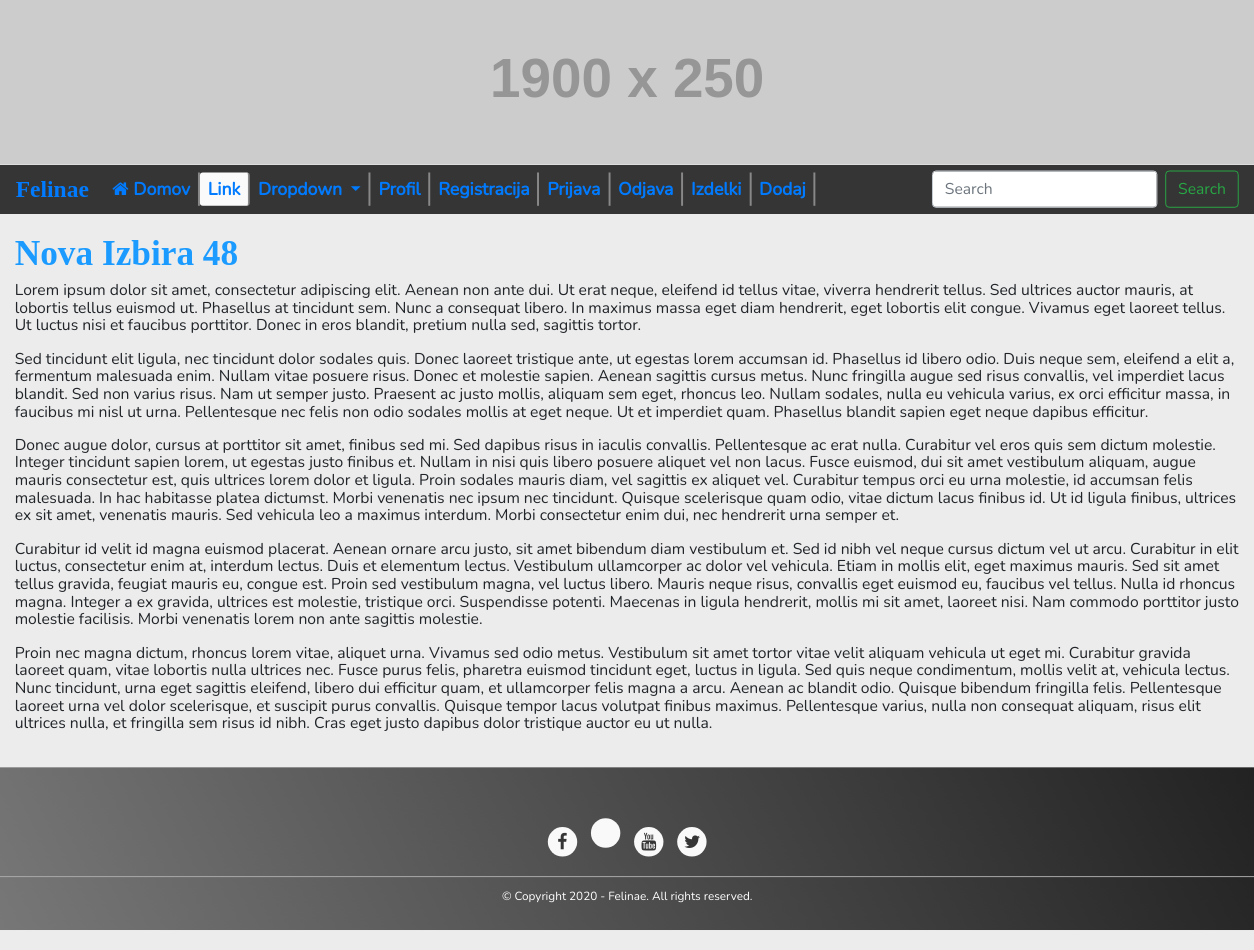
Repository: UrbyK/Felinae
Page: http://localhost/index.php?page=home
The author's editor kept a copy of each file at every save. The page is drawn from the files as they stood at one save, then again after the next save.
The browser window is 1280 px wide. The pictures show the whole page, at 98% of full size.
Some web fonts or font styles are not loaded; a fallback is used. The page is run by PHP 8.4 with error messages shown; the project is at /var/www/html/.

Above is the page before, as saved 2020-08-29 19:21:42.

### index.php
<?php
    session_start();

    include './functions.php';

    $pdo = pdo_connect_mysql();

    $_GET   = filter_input_array(INPUT_GET, FILTER_SANITIZE_STRING);
    $_POST  = filter_input_array(INPUT_POST, FILTER_SANITIZE_STRING);

    $page = isset($_GET['page']) && file_exists($_GET['page']. '.php') ? $_GET['page'] : 'home';
    include $page . '.php';

    template_footer();

?>

### functions.php
<?php
    include './includes/dbh.inc.php';

    include_once('./includes/search-functions.php');
    include_once('./includes/picture-upload.inc.php');

    function template_header($title){
        include_once('./header.php');
    }

    function template_footer(){
        include_once('./footer.php');
    }


    function countries(){
        $pdo = pdo_connect_mysql();
        $stmt = $pdo->prepare("SELECT * FROM country");
        $stmt->execute();
        $result = $stmt->fetchAll(PDO::FETCH_ASSOC);
        return $result;
    }

    function slugify($string){
        return strtolower(trim(preg_replace('/[^A-Za-z0-9-]+/', '-', $string), '-'));
    }

    function get_image($product_id){
        $pdo = pdo_connect_mysql();
        $stmt = $pdo->prepare("SELECT * FROM product_image WHERE product_id = ?");
        $stmt->execute([$product_id]);
        $result = $stmt->fetchAll(PDO::FETCH_ASSOC);
        return $result;
    }

    function retail_price($product_id){
        $pdo = pdo_connect_mysql();
        $stmt = $pdo->prepare("SELECT * FROM product WHERE ID = ?");
        $stmt->execute([$product_id]);
        $product = $stmt->fetch();

        if($product['startsAt'] <= date('Y-m-d H:i:s') && date('Y-m-d H:i:s') <= $product['endsAt']){
            $retail_price = round($product['price']-($product['price']*($product['discount']/100)), 2);
        }
        else{
            $retail_price = $product['price'];
        }

        return $retail_price;

    }

?>

### includes/dbh.inc.php
<?php
    function pdo_connect_mysql(){
        /* credentials */
        $dbHost = 'localhost';
        $dbUser = 'root';
        $dbPass = '';
        $dbName = 'felinae';

        try{
            return new PDO('mysql:host=' . $dbHost . ';dbname=' . $dbName . ';charset=utf8', $dbUser, $dbPass);
        } catch (PDOException $exception) {
            // If there is an error with the connection, stop the script and display the error.
            die ('Failed to connect to database!'. $exception->getMessage());
        }
    }
?>

### includes/search-functions.php
<?php
    function get_city($pdo, $city, $postalCode, $country_id){

        $query = "SELECT * FROM city WHERE country_id = ? AND lower(city) LIKE lower(?) AND postalCode = ?";
        $stmt = $pdo->prepare($query);
        $stmt->execute([$country_id, $city, $postalCode]);
        return $stmt;
    }
?>

### includes/picture-upload.inc.php
<?php

    function image_upload($product_id, $url, $caption, $i){

        $pdo = pdo_connect_mysql();
        $target_dir = "./uploads/";
        $relative_dir = "./uploads/";

        $change_name = date("Y-m-d-h-i-s")."-".$product_id."-".basename($url);
        $change_name;
        $target_file = $target_dir . $change_name;
        $relative_file = $relative_dir . $change_name;

        $uploadOk = 1;
        $imageFileType = strtolower(pathinfo($target_file,PATHINFO_EXTENSION));

        if(isset($_POST["submit"])) {
            $check = getimagesize($_FILES["image"]["tmp_name"][$i]);
            if($check !== false) {
                //echo "File is an image - " . $check["mime"] . ".";
                $uploadOk = 1;
            } else {
                //echo "File is not an image.";
                $uploadOk = 0;
            }
        }

        if($imageFileType != "jpg" && $imageFileType != "png" && $imageFileType != "jpeg"
        && $imageFileType != "gif" ) {
            $uploadOk = 0;
        }

        if ($uploadOk == 1) {
            if (move_uploaded_file($_FILES["image"]["tmp_name"][$i], $target_file)) {
                //vse je ok, zapišem še v bazo
                $query = "INSERT INTO product_image(product_id, image, caption) VALUES (?,?,?)";
                $stmt = $pdo->prepare($query);
                $stmt->execute([$product_id, $relative_file, $caption]);
            }
        }
    }

?>

### home.php
<?=template_header('Home')?>
<div class="row">
    <h1>Nova Izbira 48</h1>
    <p>
    Lorem ipsum dolor sit amet, consectetur adipiscing elit. Aenean non ante dui. Ut erat neque, eleifend id tellus vitae, viverra hendrerit tellus. Sed ultrices auctor mauris, at lobortis tellus euismod ut. Phasellus at tincidunt sem. Nunc a consequat libero. In maximus massa eget diam hendrerit, eget lobortis elit congue. Vivamus eget laoreet tellus. Ut luctus nisi et faucibus porttitor. Donec in eros blandit, pretium nulla sed, sagittis tortor.
    </p>
    <p>
    Sed tincidunt elit ligula, nec tincidunt dolor sodales quis. Donec laoreet tristique ante, ut egestas lorem accumsan id. Phasellus id libero odio. Duis neque sem, eleifend a elit a, fermentum malesuada enim. Nullam vitae posuere risus. Donec et molestie sapien. Aenean sagittis cursus metus. Nunc fringilla augue sed risus convallis, vel imperdiet lacus blandit. Sed non varius risus. Nam ut semper justo. Praesent ac justo mollis, aliquam sem eget, rhoncus leo. Nullam sodales, nulla eu vehicula varius, ex orci efficitur massa, in faucibus mi nisl ut urna. Pellentesque nec felis non odio sodales mollis at eget neque. Ut et imperdiet quam. Phasellus blandit sapien eget neque dapibus efficitur.
    </p>
    <p>
    Donec augue dolor, cursus at porttitor sit amet, finibus sed mi. Sed dapibus risus in iaculis convallis. Pellentesque ac erat nulla. Curabitur vel eros quis sem dictum molestie. Integer tincidunt sapien lorem, ut egestas justo finibus et. Nullam in nisi quis libero posuere aliquet vel non lacus. Fusce euismod, dui sit amet vestibulum aliquam, augue mauris consectetur est, quis ultrices lorem dolor et ligula. Proin sodales mauris diam, vel sagittis ex aliquet vel. Curabitur tempus orci eu urna molestie, id accumsan felis malesuada. In hac habitasse platea dictumst. Morbi venenatis nec ipsum nec tincidunt. Quisque scelerisque quam odio, vitae dictum lacus finibus id. Ut id ligula finibus, ultrices ex sit amet, venenatis mauris. Sed vehicula leo a maximus interdum. Morbi consectetur enim dui, nec hendrerit urna semper et.
    </p>
    <p>
    Curabitur id velit id magna euismod placerat. Aenean ornare arcu justo, sit amet bibendum diam vestibulum et. Sed id nibh vel neque cursus dictum vel ut arcu. Curabitur in elit luctus, consectetur enim at, interdum lectus. Duis et elementum lectus. Vestibulum ullamcorper ac dolor vel vehicula. Etiam in mollis elit, eget maximus mauris. Sed sit amet tellus gravida, feugiat mauris eu, congue est. Proin sed vestibulum magna, vel luctus libero. Mauris neque risus, convallis eget euismod eu, faucibus vel tellus. Nulla id rhoncus magna. Integer a ex gravida, ultrices est molestie, tristique orci. Suspendisse potenti. Maecenas in ligula hendrerit, mollis mi sit amet, laoreet nisi. Nam commodo porttitor justo molestie facilisis. Morbi venenatis lorem non ante sagittis molestie.
    </p>
    <p>
    Proin nec magna dictum, rhoncus lorem vitae, aliquet urna. Vivamus sed odio metus. Vestibulum sit amet tortor vitae velit aliquam vehicula ut eget mi. Curabitur gravida laoreet quam, vitae lobortis nulla ultrices nec. Fusce purus felis, pharetra euismod tincidunt eget, luctus in ligula. Sed quis neque condimentum, mollis velit at, vehicula lectus. Nunc tincidunt, urna eget sagittis eleifend, libero dui efficitur quam, et ullamcorper felis magna a arcu. Aenean ac blandit odio. Quisque bibendum fringilla felis. Pellentesque laoreet urna vel dolor scelerisque, et suscipit purus convallis. Quisque tempor lacus volutpat finibus maximus. Pellentesque varius, nulla non consequat aliquam, risus elit ultrices nulla, et fringilla sem risus id nibh. Cras eget justo dapibus dolor tristique auctor eu ut nulla.
    </p>
</div>

<?=template_footer()?>

### header.php
<!DOCTYPE html>
<html>
    <head>
        <meta charset="utf-8" content="text/html"/>
        <meta name="viewport" content="width=device-width, intital-scale=1.0"/>

        <!-- JavaScript -->
        <script src="https://code.jquery.com/jquery-3.5.1.js" integrity="sha256-QWo7LDvxbWT2tbbQ97B53yJnYU3WhH/C8ycbRAkjPDc=" crossorigin="anonymous"></script>
        <!-- Boostrap -->
            <!-- CSS -->
        <link rel="stylesheet" href="https://stackpath.bootstrapcdn.com/bootstrap/4.5.0/css/bootstrap.min.css"
            integrity="sha384-9aIt2nRpC12Uk9gS9baDl411NQApFmC26EwAOH8WgZl5MYYxFfc+NcPb1dKGj7Sk" crossorigin="anonymous" />

            <!-- JavaScript -->
        <script src="https://stackpath.bootstrapcdn.com/bootstrap/4.5.0/js/bootstrap.bundle.min.js"
             integrity="sha384-1CmrxMRARb6aLqgBO7yyAxTOQE2AKb9GfXnEo760AUcUmFx3ibVJJAzGytlQcNXd" crossorigin="anonymous"></script>

        <!-- FONTAWESOME -->
        <link rel="stylesheet" href="https://stackpath.bootstrapcdn.com/font-awesome/4.7.0/css/font-awesome.min.css" integrity="sha384-wvfXpqpZZVQGK6TAh5PVlGOfQNHSoD2xbE+QkPxCAFlNEevoEH3Sl0sibVcOQVnN"
         crossorigin="anonymous">

         <script src="./js/active-menu.js" crossorigin="anonymous"></script>

         <!--CUSTOM CSS-->
         <link rel="stylesheet" href="./css/style.css">

        <title>Felinae</title>
    </head>

    <body>

        <header>
            <div class="banner"><img src="https://via.placeholder.com/1900x250" alt="banner"></div>
        </header>

       <!-- <nav class="navbar sticky-top navbar-expand-lg navbar-light bg-light ">-->
        <nav class="navbar sticky-top navbar-expand-lg">
            <a class="navbar-brand" href="#">Felinae</a>
            <button class="navbar-toggler ml-auto custom-toggler" type="button" data-toggle="collapse" data-target="#navbarSupportedContent" aria-controls="navbarSupportedContent" aria-expanded="false" aria-label="Toggle navigation">
                <span class="navbar-toggler-icon"></span>
            </button>

            <div class="collapse navbar-collapse" id="navbarSupportedContent">

                <ul class="navbar-nav mr-auto">
                    <li class="nav-item">
                        <a class="nav-link" href="./index.php"><i class="fa fa-home" aria-hidden="true"></i> Domov <span class="sr-only">(current)</span></a>
                    </li>
                    <li class="nav-item">
                        <a class="nav-link" href="./index.php?page=home">Link</a>
                    </li>
                    <li class="nav-item dropdown" >
                        <a class="nav-link dropdown-toggle" href="#" id="navbarDropdown" role="button" data-toggle="dropdown" aria-haspopup="true" aria-expanded="false">
                        Dropdown
                        </a>
                        <div class="dropdown-menu" aria-labelledby="navbarDropdown">
                        <a class="dropdown-item" href="#">Action</a>
                        <a class="dropdown-item" href="#">Another action</a>
                        <div class="dropdown-divider"></div>
                        <a class="dropdown-item" href="#">Something else here</a>
                        </div>
                    </li>

                    <li class="nav-item">
                        <a class="nav-link" href="./index.php?page=profile">Profil</a>
                    </li>
                    <li class="nav-item">
                        <a class="nav-link" href="./index.php?page=register-user">Registracija</a>
                    </li>
                    <li class="nav-item">
                        <a class="nav-link" href="./index.php?page=login">Prijava</a>
                    </li>
                    <li class="nav-item">
                        <a class="nav-link" href="./index.php?page=logout">Odjava</a>
                    </li>
                    <li class="nav-item">
                        <a class="nav-link" href="./index.php?page=products">Izdelki</a>
                    </li>
                    <li class="nav-item">
                        <a class="nav-link" href="./index.php?page=product-add">Dodaj</a>
                    </li>

                </ul>

                <form class="form-inline my-2 my-lg-0">
                    <input class="form-control mr-sm-2" type="search" placeholder="Search" aria-label="Search">
                    <button class="btn btn-outline-success my-2 my-sm-0" type="submit">Search</button>
                </form>

            </div>
        </nav>

    <div class="container-fluid">

### footer.php
    </div><!-- class="container-fluid" --->

        <footer class="page-footer font-small flow-footer" id="footer" role="contentinfo">
            <div class="footer-wrapper">
                <div class="container container-footer">
                    <div class="row text-center">
                        <div class="col-12">
                            <ul class="social-network social-circle">
                                <li><a href="https://www.facebook.com" target="_blank" class="icoFacebook" title="Facebook"><i class="fa fa-facebook-f"></i></a></li>
                                <li><a href="https://www.linkedin.com" target="_blank" class="icoLinkedin" title="Linkedin"><i class="fas fa-linkedin-in"></i></a></li>
                                <li><a href="https://www.youtube.com" target="_blank" class="icoYoutube" title="Youtube"><i class="fa fa-youtube"></i></a></li>
                                <li><a href="https://twitter.com" target="_blank" class="icoTwitter" title="Twitter"><i class="fa fa-twitter"></i></a></li>
                            </ul>
                            </div>
                        </div>
                    </div>
                    <div class="row">
                        <div class="col-12 copy">
                            <p class="text-center">&copy; Copyright 2020 - Felinae.  All rights reserved.</p>
                        </div>
                    </div>
                </div>
            </div>
        </footer>





    </body>
</html>

Loaded but not shown: js/active-menu.js (12 lines, source omitted); css/style.css (589 lines, source omitted)

After the next save:
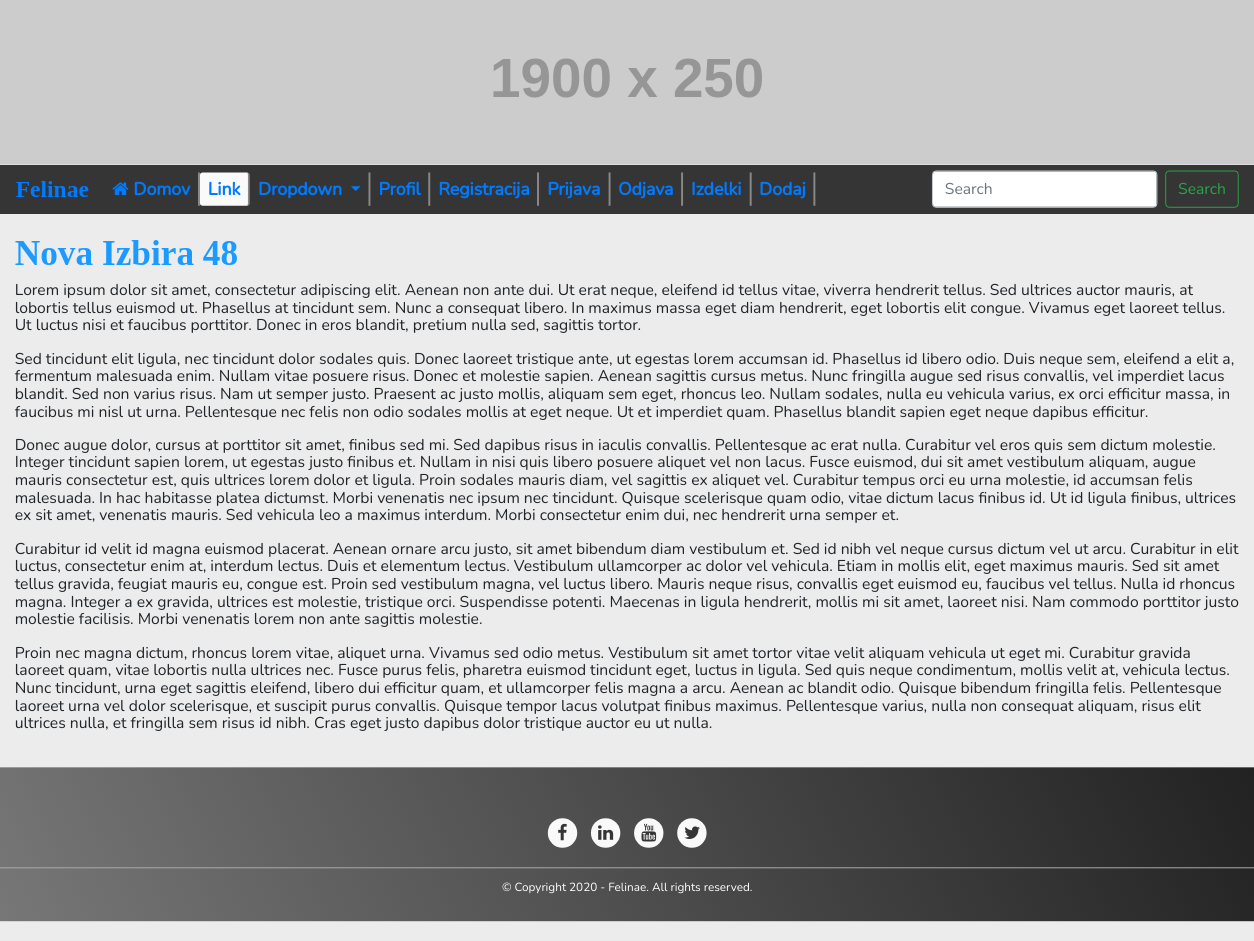
Saved 25 s later.
--- a/footer.php
+++ b/footer.php
@@ -7,7 +7,7 @@
                         <div class="col-12">
                             <ul class="social-network social-circle">
                                 <li><a href="https://www.facebook.com" target="_blank" class="icoFacebook" title="Facebook"><i class="fa fa-facebook-f"></i></a></li>
-                                <li><a href="https://www.linkedin.com" target="_blank" class="icoLinkedin" title="Linkedin"><i class="fas fa-linkedin-in"></i></a></li>
+                                <li><a href="https://www.linkedin.com" target="_blank" class="icoLinkedin" title="Linkedin"><i class="fa fa-linkedin"></i></a></li>
                                 <li><a href="https://www.youtube.com" target="_blank" class="icoYoutube" title="Youtube"><i class="fa fa-youtube"></i></a></li>
                                 <li><a href="https://twitter.com" target="_blank" class="icoTwitter" title="Twitter"><i class="fa fa-twitter"></i></a></li>
                             </ul>
